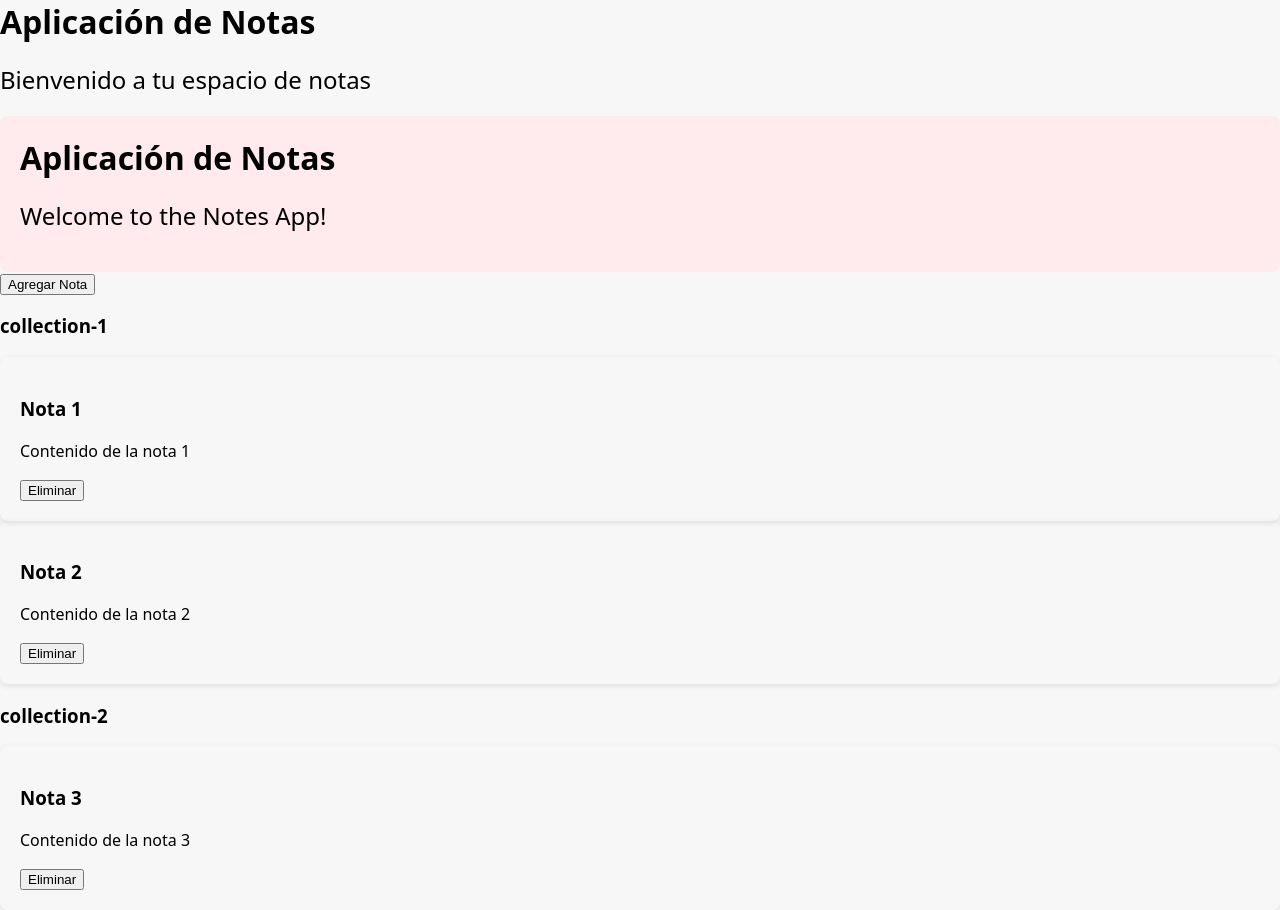
Repository: xunxuno/aplicacion_web_notas
Page: / (app in notas_web_app/)
An editor plug-in stored every save of this project. The page is shown before and after the next save, followed by the edit.
The browser window is 1280 px wide. The pictures show the whole page.
The project was rebuilt for these pictures with package versions that can differ from the ones it lists, and the page was loaded fresh each time. Also part of the build but not shown: notas_web_app/vite.config.ts, notas_web_app/src/components/NoteModal.tsx.

Above is the page before, as saved 2024-09-30 14:20:46.

After the next save:
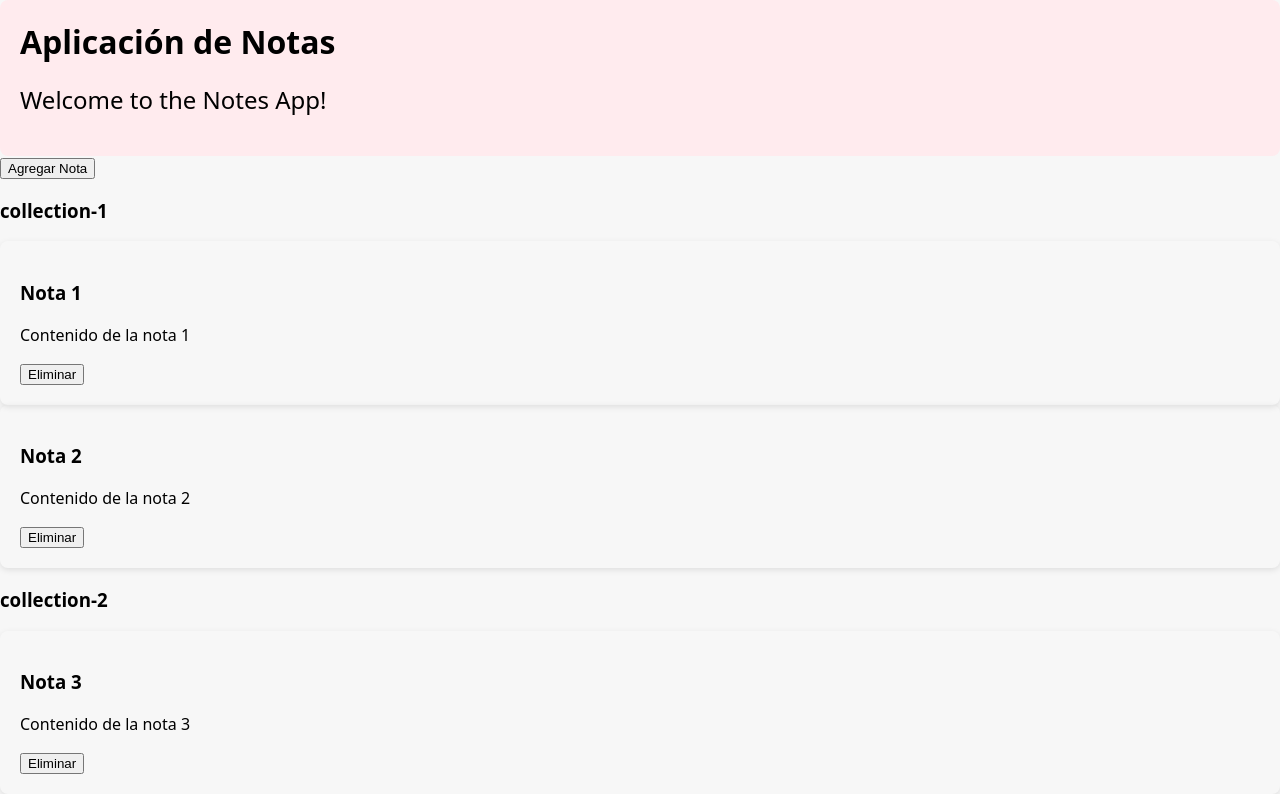
Saved 8 s later.
--- a/notas_web_app/src/App.tsx
+++ b/notas_web_app/src/App.tsx
@@ -37,8 +37,6 @@ const App: React.FC = () => {
   return (
     <NotesProvider>
       <div>
-        <h1>Aplicación de Notas</h1>
-        <h2>Bienvenido a tu espacio de notas</h2>
         <AppBar></AppBar>
 
         {/* Botón para abrir el modal de agregar nota */}
